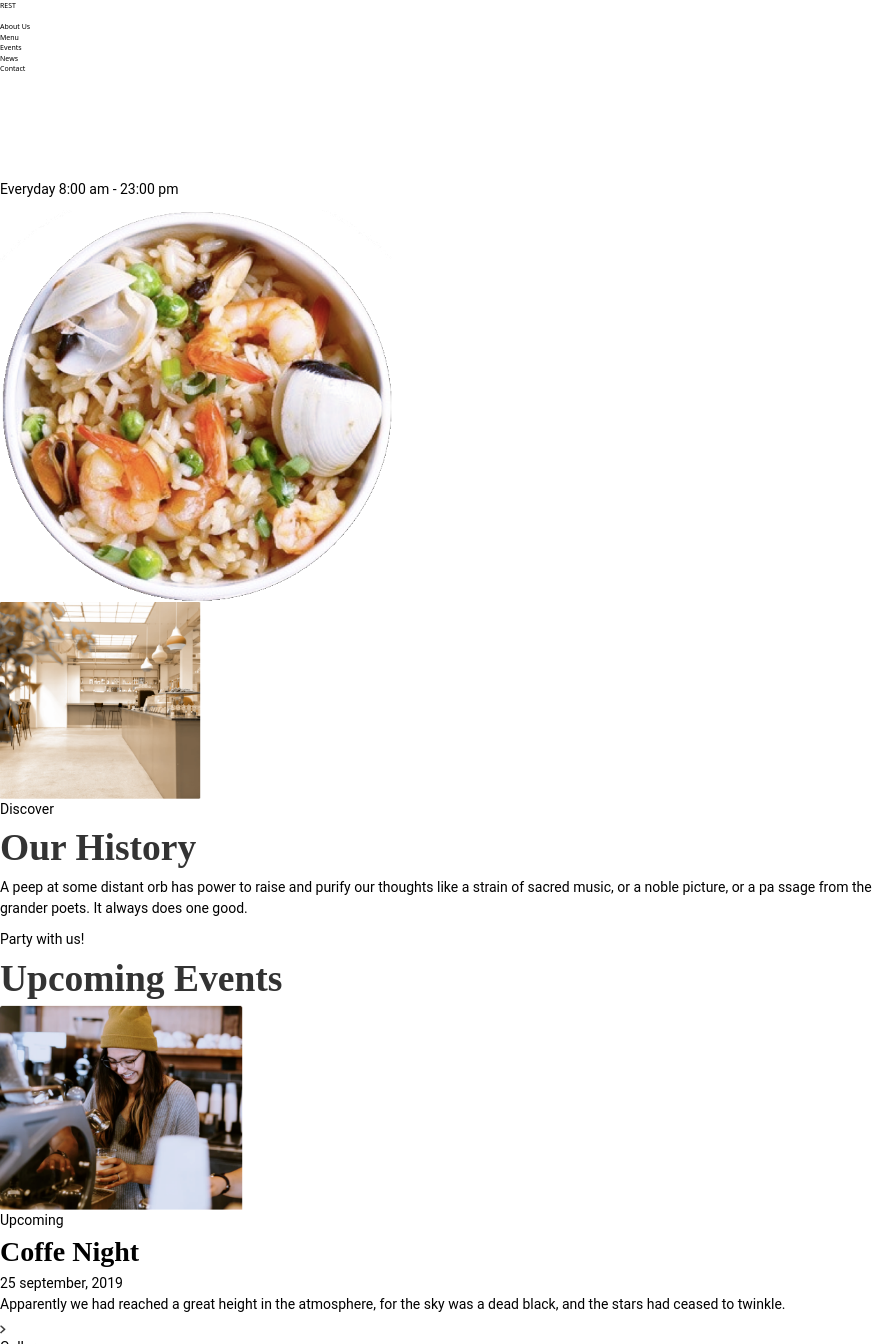
Repository: murilopellis-12/Tailwind-Prova
Page: index.html
An editor plug-in stored every save of this project. The page is shown before and after a run of saves, followed by the edit.
The browser window is 1280 px wide. The pictures show the part of the page from y = 0 to 1920 px (the page is 4686 px tall before and 4731 px after), at 70% of full size.

Above is the page before, as saved 2026-10-26 18:56:41.
Not found: style.css

### index.html
<!doctype html>
<html lang="pt-BR" class="f">
  <head>
    <meta charset="UTF-8" />
    <meta name="viewport" content="width=device-width, initial-scale=1.0" />
    <title>PROVA FRONT-END</title>
    <script src="https://cdn.jsdelivr.net/npm/@tailwindcss/browser@4"></script>
    <style type="text/tailwindcss">
      @theme {
        --espaco-pequeno: clamp(
          1.5rem,
          calc(-2.725rem + 11.268vw),
          13.5rem
        ); /* min: 15px, max: 135px */
        --padding-topo: clamp(8rem, calc(5.183rem + 7.512vw), 16rem);

        /*Cores*/
        --cor-primaria: #333;
        --cor-secundaria: #f9f7f2;
        --cor-terciaria: #fff;
        --complementar-roxo: #6327eb;
        --borda-menu: rgba(255, 255, 255, 0.3);
        --paragrafos-claros: rgba(51, 51, 51, 0.5);
        --borda-formulario: #dadada;
      }

      html {
        font-size: 62.5%;
      }

      * {
        margin: 0;
        padding: 0;
        box-sizing: border-box;
      }

      h1 {
        font-size: clamp(
          5.6rem,
          calc(5.037rem + 1.502vw),
          7.2rem
        ); /* min: 56px, max: 72px */
        color: var(--cor-terciaria);
        font-weight: bold;
        font-family: "PT Serif";
      }

      h2 {
        font-size: clamp(
          4rem,
          calc(3.437rem + 1.502vw),
          5.6rem
        ); /* min: 40px, max: 56px */
        font-family: "PT Serif";
        font-weight: bold;
        color: var(--cor-primaria);
      }

      h3 {
        font-size: 4rem;
        font-family: "PT Serif";
        font-weight: bold;
      }

      p {
        font-family: "Roboto";
        font-size: 2rem;
      }

      button {
        font-family: "Roboto";
        color: var(--cor-terciaria);
        font-weight: normal;
        border-radius: 5px;
      }
    </style>
    <link rel="stylesheet" href="style.css" />
  </head>

  <body>
    <header class="header-principal">
      <div class="conteudo-header">
        <div>
          <a aria-label="redireciona para o início" id="ancora-header" href="#"
            class="">REST</a
          >
        </div>
        <div class="menu-hamburguer-div">
          <button id="botao-menu-hamburguer">
            <img
              src="img/menu-hamburguer.png"
              alt="menu hamburguer do header"
            />
          </button>
        </div>
        <nav class="navegacao-header-desktop">
          <ul>
            <li><a aria-label="abre Sobre" href="">About Us</a></li>
            <li><a aria-label="abre Menu" href="">Menu</a></li>
            <li><a aria-label="abre Eventos" href="">Events</a></li>
            <li><a aria-label="abre Notícias" href="">News</a></li>
            <li><a aria-label="abre contatos" href="">Contact</a></li>
          </ul>
        </nav>
        <div class="desktop-div-redes-sociais">
          <nav class="navegacao-redes-sociais-header">
            <a aria-label="abre Facebook" class="circulos-navegacao" href=""
              ><img src="img/facebook.png" alt="logo do Facebook"
            /></a>
            <a aria-label="abre Twitter" class="circulos-navegacao" href=""
              ><img
                class="logo-twitter-ancora"
                src="img/twitter.png"
                alt="logo do Twitter"
            /></a>
            <a aria-label="abre Instagram" class="circulos-navegacao" href=""
              ><img src="img/instagram.png" alt="logo do Instagram"
            /></a>
          </nav>
        </div>
      </div>
      <div class="div-agrupar-conteudo-hero">
        <div class="conteudo-hero">
          <h1 id="h1-pagina-principal">Welcome to our restaurant</h1>
          <p id="horario-funcionamento-hero">Everyday 8:00 am - 23:00 pm</p>
          <div class="botoes-hero">
            <button
              aria-label="abre a reserva de mesa"
              class="botoes-hero-class"
              id="botao-livro-mesa"
            >
              Book a table
            </button>
            <button
              aria-label="abre o menu"
              class="botoes-hero-class"
              id="botao-ver-menu"
            >
              See menu
            </button>
          </div>
        </div>
        <div class="div-imagem-hero">
          <img
            id="imagem-sopa-hero"
            src="img/sopa.png"
            alt="imagem de uma sopa"
          />
        </div>
      </div>
    </header>
    <main>
      <section class="secao-nossa-historia">
        <div class="conteudo-nossa-historia">
          <div class="div-imagem-nossa-historia">
            <img
              src="img/nossa-historia-imagem.png"
              alt="imagem de uma cozinha"
            />
          </div>
          <div class="nossa-historia-texto">
            <p class="categorias-site" id="categoria-descobrir">Discover</p>
            <h2 id="nossa-historia-h2">Our History</h2>
            <p class="paragrafos-site">
              A peep at some distant orb has power to raise and purify our
              thoughts like a strain of sacred music, or a noble picture, or a
              pa ssage from the grander poets. It always does one good.
            </p>
            <div class="div-botao-ler-mais">
              <button aria-label="abre o Ler Mais" id="botao-ler-mais-historia">
                Read more
              </button>
            </div>
          </div>
        </div>
      </section>
      <section class="secao-eventos-futuros">
        <div class="titulos-secao-eventos-futuros">
          <p id="paragrafo-titulo-eventos-futuros">Party with us!</p>
          <h2 id="h2-titulo-eventos-futuros">Upcoming Events</h2>
        </div>
        <div class="forma-eventos-futuros">
          <div class="imagem-evento-futuro">
            <img
              id="imagem-mulher-fazendo-cafe"
              src="img/mulher-fazendo-cafe.png"
              alt="mulher fazendo café em uma máquina"
            />
          </div>
          <div class="conteudo-escrito-eventos">
            <p class="categorias-site" id="categoria-futuro">Upcoming</p>
            <h3>Coffe Night</h3>
            <p id="data-eventos-futuros">25 september, 2019</p>
            <p class="paragrafos-site">
              Apparently we had reached a great height in the atmosphere, for
              the sky was a dead black, and the stars had ceased to twinkle.
            </p>
            <div class="div-botao-ler-mais">
              <button
                aria-label="redireciona a reserva de mesa"
                id="botao-reservar-mesa"
              >
                Book a table
              </button>
            </div>
          </div>
          <div class="proxima-pagina">
            <button id="seta-proxima-pagina">
              <img
                src="img/flecha-proxima.png"
                alt="ícone de flecha que guia para outra página"
              />
            </button>
          </div>
        </div>
      </section>
      <section class="secao-galeria-fotos">
        <div class="titulos-secao-galeria-fotos">
          <p id="paragrafo-titulo-galeria">Gallery</p>
          <h2 id="h2-titulo-galeria">Our Interior</h2>
        </div>
        <div class="imagens-galeria">
          <img
            class="imagens-da-galeria"
            src="img/galeria/salmao.png"
            alt="prato com temperos e salmão"
          />
          <img
            class="imagens-da-galeria"
            src="img/galeria/pratos.png"
            alt="pratos preparados com diversos alimentos"
          />
          <img
            class="imagens-da-galeria"
            src="img/galeria/mesas-cadeiras.png"
            alt="mesas preparadas com diversas cadeiras"
          />
          <img
            class="imagens-da-galeria"
            src="img/galeria/mesa-individual.png"
            alt="uma unidade de mesa com lugar para 4 pessoas"
          />
          <img
            class="imagens-da-galeria"
            src="img/galeria/mesa-com-garcom.png"
            alt="mesas e cadeiras sendo organizados por uma garçom"
          />
          <img
            class="imagens-da-galeria"
            src="img/galeria/mesa-preparada.png"
            alt="mesa com talheres e guardanapos postos e preparados"
          />
        </div>
      </section>
      <section class="secao-sobre-nos">
        <div class="titulos-secao-sobre-nos">
          <p class="categorias-site" id="paragrafo-titulo-sobre-nos">Press</p>
          <h2 id="h2-titulo-sobre-nos">About Us</h2>
        </div>
        <div class="cartoes-conjunto">
          <div class="cartoes-autoras" id="autora-york-times">
            <img
              class="logo-titulo"
              src="img/the-new-york-logo.png"
              alt="logo do The New York Times"
            />
            <p class="citacao-autora">
              "Apparently we had reached a great height in the atmosphere, for
              the sky was a dead black, and the stars had ceased to twinkle. By
              the same illusion which lifts the horizon of the sea to the
              level."
            </p>
            <p class="nome-autora-rodape">The New York Times</p>
          </div>
          <div class="cartoes-autoras" id="autora-the-guardian">
            <img
              class="logo-titulo"
              src="img/the-guardian-logo.png"
              alt="logo do The Guardian"
            />
            <p class="citacao-autora">
              "Apparently we had reached a great height in the atmosphere, for
              the sky was a dead black, and the stars had ceased to twinkle. By
              the same illusion which lifts the horizon of the sea to the
              level."
            </p>
            <p class="nome-autora-rodape">The Guardian</p>
          </div>
          <div class="cartoes-autoras" id="autora-wall-street">
            <img
              class="logo-titulo"
              src="img/wall-street-jornal-logo.png"
              alt="logo do Wall Street Jornal"
            />
            <p class="citacao-autora">
              "Apparently we had reached a great height in the atmosphere, for
              the sky was a dead black, and the stars had ceased to twinkle. By
              the same illusion which lifts the horizon of the sea to the
              level."
            </p>
            <p class="nome-autora-rodape">The Wall Street Jornal</p>
          </div>
        </div>
      </section>
      <section class="secao-reservar-mesa">
        <div class="area-reserva-mesa">
          <div>
            <p class="categorias-site" id="paragrafo-titulo-reserva">Reserve</p>
            <h2 id="h2-titulo-reserva-mesa">A Table</h2>
          </div>
          <form action="#" class="formulario-reserva-mesa">
            <div
              class="campos-preencher-formulario-reserva"
              id="formulario-campo-data"
            >
              <label for="data">DATE</label>
              <input
                type="text"
                id="data"
                name="data"
                placeholder="9/26/2019"
              />
            </div>
            <div
              class="campos-preencher-formulario-reserva"
              id="formulario-campo-tempo"
            >
              <label for="hora">TIME</label>
              <input type="text" name="hora" id="hora" placeholder="7:00 pm" />
            </div>
            <div
              class="campos-preencher-formulario-reserva"
              id="formulario-campo-visitantes"
            >
              <label for="numero-pessoas">GUESTS</label>
              <input
                type="number"
                name="numero-pessoas"
                id="numero-pessoas"
                placeholder="2 people"
              />
            </div>
            <div id="formulario-campo-envio">
              <button
                aria-label="redireciona para reserva de mesa"
                id="botao-envio-reserva"
                type="submit"
              >
                Find a table
              </button>
            </div>
          </form>
        </div>
        <div class="div-imagem-secao-reserva">
          <img src="img/mesa-organizada.png" alt="mesa organizada" />
        </div>
      </section>
    </main>
    <footer class="footer-principal">
      <div>
        <h3 id="h3-rodape-pagina">REST</h3>
      </div>
      <nav class="navegacao-rodape">
        <ul>
          <li>About Us</li>
          <li>Menu</li>
          <li>Events</li>
          <li>News</li>
          <li>Contact</li>
        </ul>
      </nav>
      <nav class="redes-sociais-rodape-botoes">
        <a aria-label="abre Facebook" class="circulos-navegacao" href=""
          ><img src="img/facebook.png" alt="logo do Facebook"
        /></a>
        <a aria-label="abre Twitter" class="circulos-navegacao" href=""
          ><img
            class="logo-twitter-ancora"
            src="img/twitter.png"
            alt="logo do Twitter"
        /></a>
        <a aria-label="abre Instagram" class="circulos-navegacao" href=""
          ><img src="img/instagram.png" alt="logo do Instagram"
        /></a>
      </nav>
      <div class="direitos-reservados-rodape">
        <p id="paragrafo-direitos-reservados">
          2019 Restaurant. All Rights Reserved.
        </p>
      </div>
    </footer>
  </body>
</html>

After the next 4 saves:
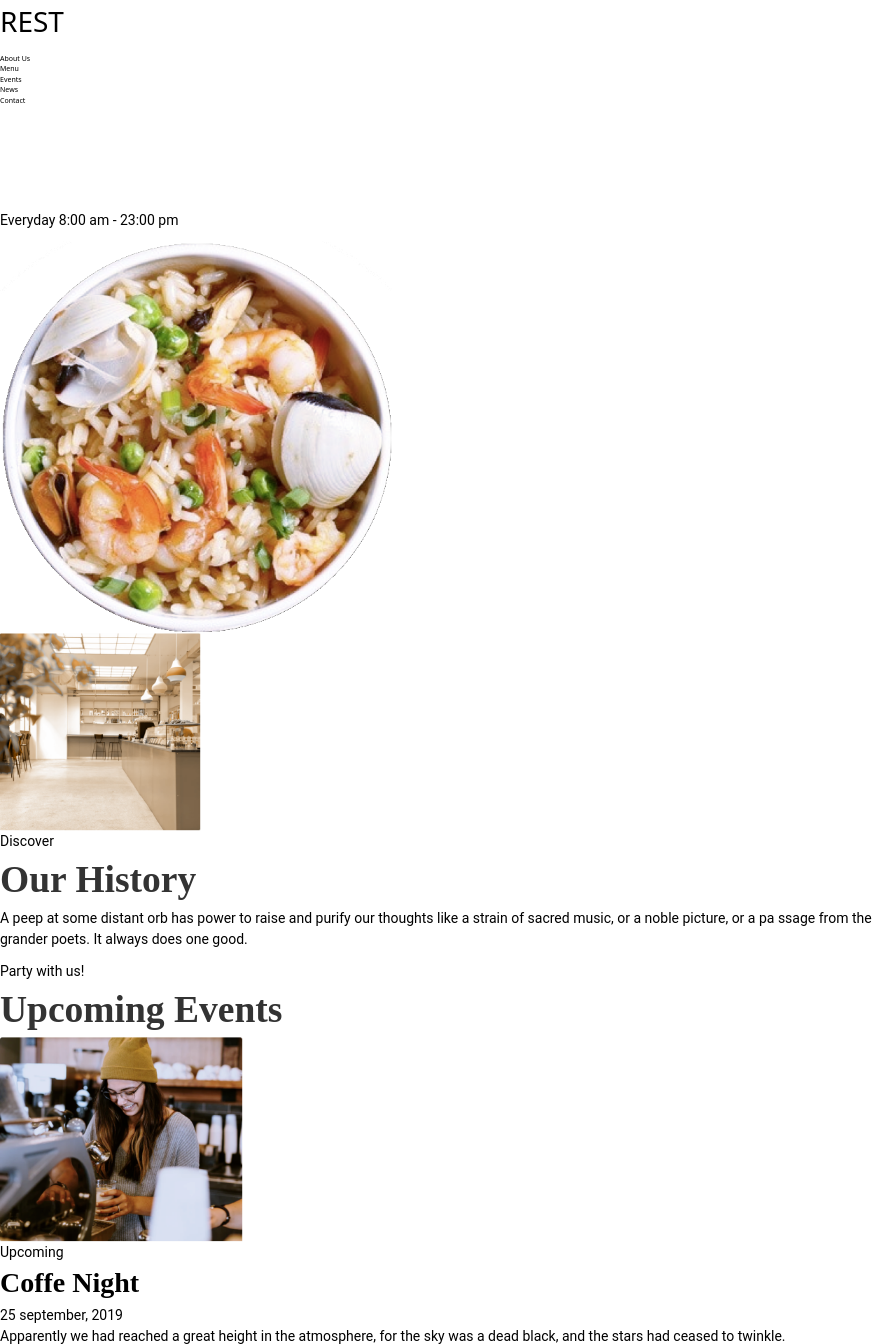
The 4 saves are shown as one change because they came seconds apart.
The last was saved 72 s later.
--- a/index.html
+++ b/index.html
@@ -82,7 +82,7 @@
       <div class="conteudo-header">
         <div>
           <a aria-label="redireciona para o início" id="ancora-header" href="#"
-            class="">REST</a
+            class="text-[4rem] ">REST</a
           >
         </div>
         <div class="menu-hamburguer-div">
